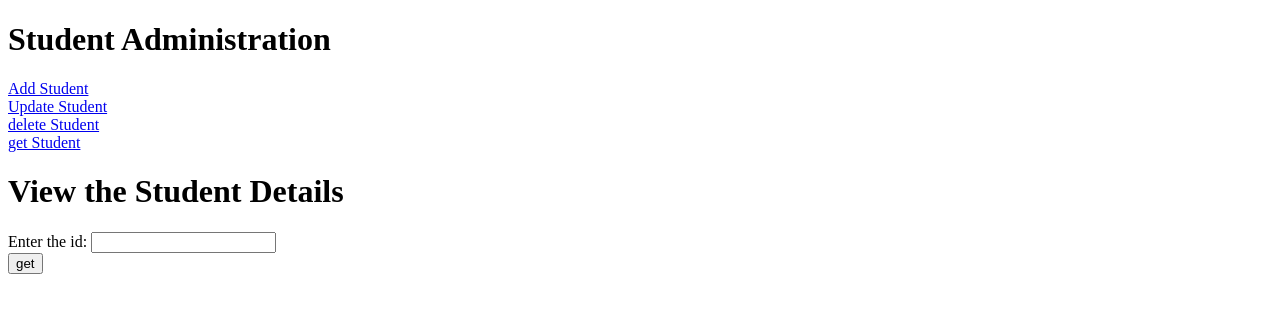
Repository: Anandnand/Web-Application
Page: http://localhost/getStudent
The author's editor kept a copy of each file at every save. The page is drawn from the files as they stood at one save, then again after a run of saves.
The browser window is 1280 px wide. The pictures show the whole page.
The page is this project's Thymeleaf template; nobody is signed in. The template is opened directly, without the code that normally fills it, so the values that code supplies are empty.

Above is the page before, as saved 2024-03-25 16:51:33.

### Login/src/main/resources/templates/getStudent.html
<!DOCTYPE html>
<html>
<head>
<meta charset="ISO-8859-1">
<title>Insert title here</title>
</head>
<body>
<div>
		<h1>Student Administration</h1>
	</div>
	<div id="navcontainer">
		<nav>
			<a href="/api/nav/addStudent" target="_blank">Add Student</a> <br>
			<a href="/api/nav/updateStudent" target="_blank">Update Student</a> <br>
			<a href="/api/nav/deleteStudent" target="_blank">delete Student</a> <br>
			<a href="/api/nav/getStudent" target="_blank">get Student</a>
		</nav>
	</div>

<div>
<h1>View the Student Details</h1>
</div>


<div>
<form action="api/getStudent" method="get">
<label>Enter the id:</label>
<input type="text" name="id" class="get" />
<br>
<input type="submit" name="submit" value="get"/>
</form>
</div>

</body>
</html>

After the next 2 saves:
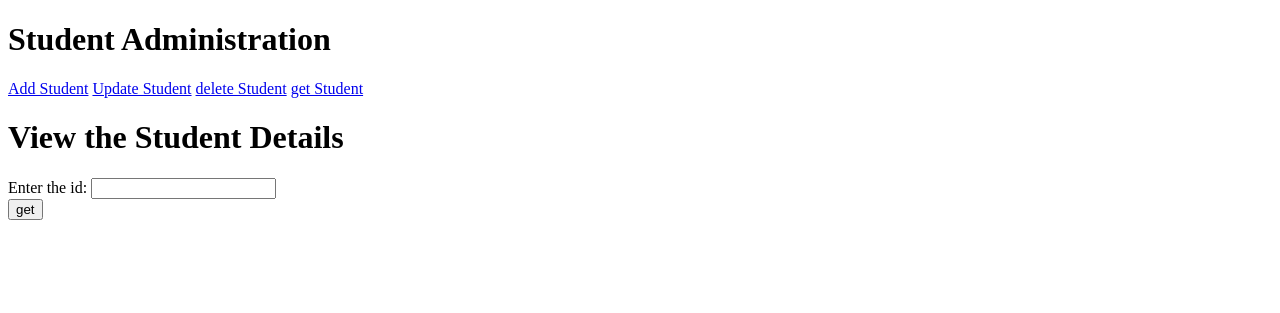
The 2 saves are shown as one change because they came seconds apart.
The last was saved 12 s later.
--- a/Login/src/main/resources/templates/getStudent.html
+++ b/Login/src/main/resources/templates/getStudent.html
@@ -10,10 +10,10 @@
 	</div>
 	<div id="navcontainer">
 		<nav>
-			<a href="/api/nav/addStudent" target="_blank">Add Student</a> <br>
-			<a href="/api/nav/updateStudent" target="_blank">Update Student</a> <br>
-			<a href="/api/nav/deleteStudent" target="_blank">delete Student</a> <br>
-			<a href="/api/nav/getStudent" target="_blank">get Student</a>
+			<a href="/api/nav/addStudent" target="_blank">Add Student</a>
+			<a href="/api/nav/updateStudent" target="_blank">Update Student</a>
+			<a href="/api/nav/deleteStudent" target="_blank">delete Student</a>
+						<a href="/api/nav/getStudent" target="_blank">get Student</a>
 		</nav>
 	</div>
 
